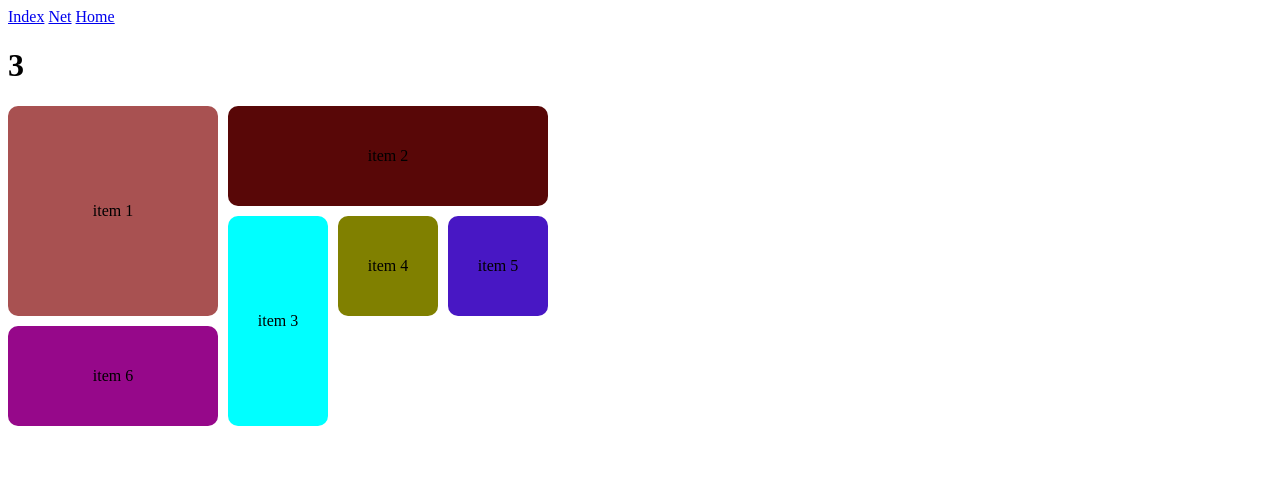
Repository: Nguyen-Toan-2004/du-an-test
Page: product.htm
An editor plug-in stored every save of this project. The page is shown before and after the next save, followed by the edit.
The browser window is 1280 px wide. The pictures show the whole page.

Above is the page before, as saved 2025-10-22 20:44:44.

### product.htm
<!DOCTYPE html>
<html lang="en">
  <head>
    <meta charset="UTF-8" />
    <meta name="viewport" content="width=device-width, initial-scale=1.0" />
    <title>Product</title>
  </head>
  <body>
    <a href="index.html">Index</a>
    <a href="net.htm">Net</a>
    <a href="home.html">Home</a>
    <h1>3</h1>
    <style>
      .container {
        display: grid;
        grid-template-columns: repeat(5, 100px);
        grid-template-rows: repeat(3, 100px);
        gap: 10px;
      }
      .box {
        display: flex;
        justify-content: center;
        align-items: center;
        border-radius: 10px;
      }
      .box1 {
        background: #a85151;
        grid-row-start: 1;
        grid-row-end: 3;
        grid-column-start: 1;
        grid-column-end: 3;
      }
      .box2 {
        background: #580707;
        grid-column-start: 3;
        grid-column-end: 6;
      }
      .box3 {
        background: aqua;
        grid-row-start: 2;
        grid-row-end: 4;
        grid-column-start: 3;
        grid-column-end: ;
      }
      .box4 {
        background: olive;
      }
      .box5 {
        background: #4817c4;
      }
      .box6 {
        background: #96088a;
        grid-column-start: 1;
        grid-column-end: 3;
      }
    </style>
    <div class="container">
      <div class="box box1">item 1</div>
      <div class="box box2">item 2</div>
      <div class="box box3">item 3</div>
      <div class="box box4">item 4</div>
      <div class="box box5">item 5</div>
      <div class="box box6">item 6</div>
    </div>
  </body>
</html>

After the next save:
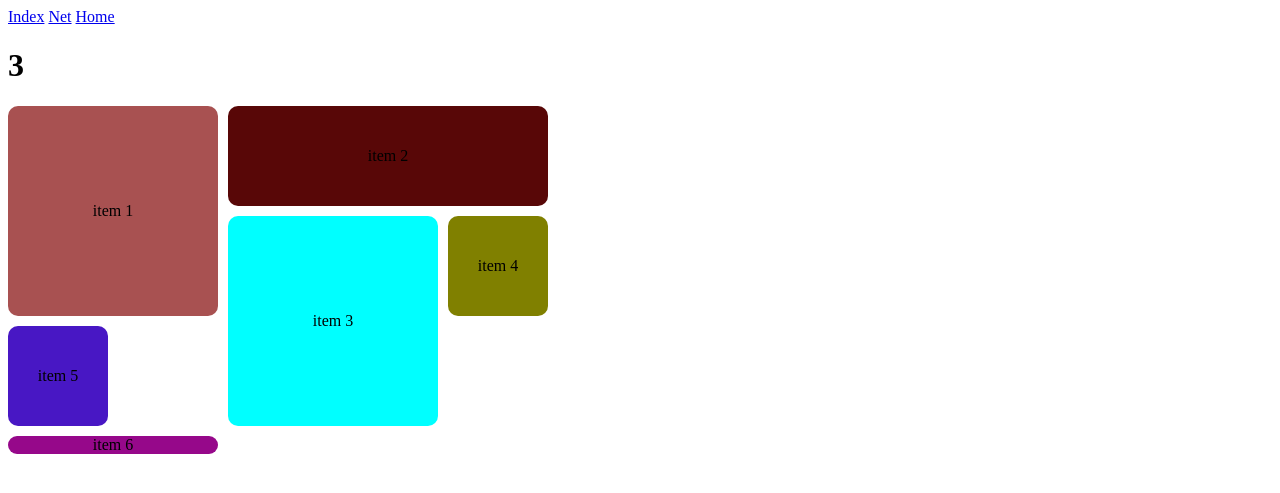
Saved 13 s later.
--- a/product.htm
+++ b/product.htm
@@ -40,7 +40,7 @@
         grid-row-start: 2;
         grid-row-end: 4;
         grid-column-start: 3;
-        grid-column-end: ;
+        grid-column-end: 5;
       }
       .box4 {
         background: olive;
